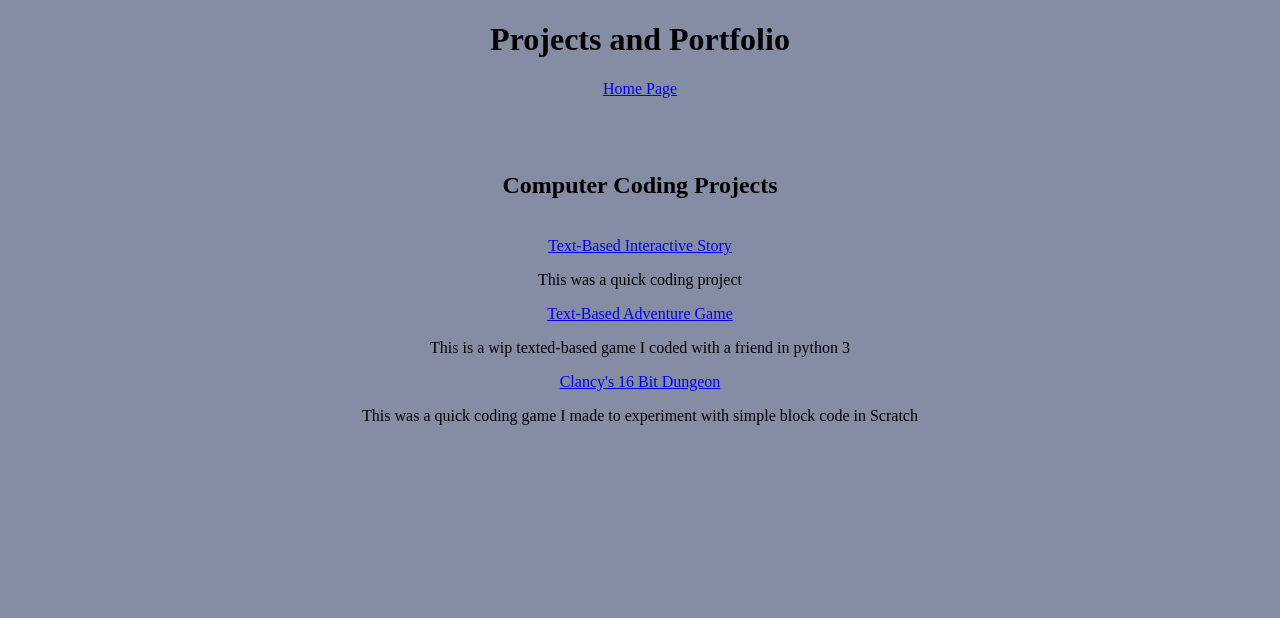
Repository: MaiJun21/MaiJun21.github.io
Page: coding.html
The author's editor kept a record of every edit. The page is drawn from the files as they stood at one moment, then again after the next edit.
The browser window is 1280 px wide. The pictures show the whole page.

Above is the page before.

After the next edit:
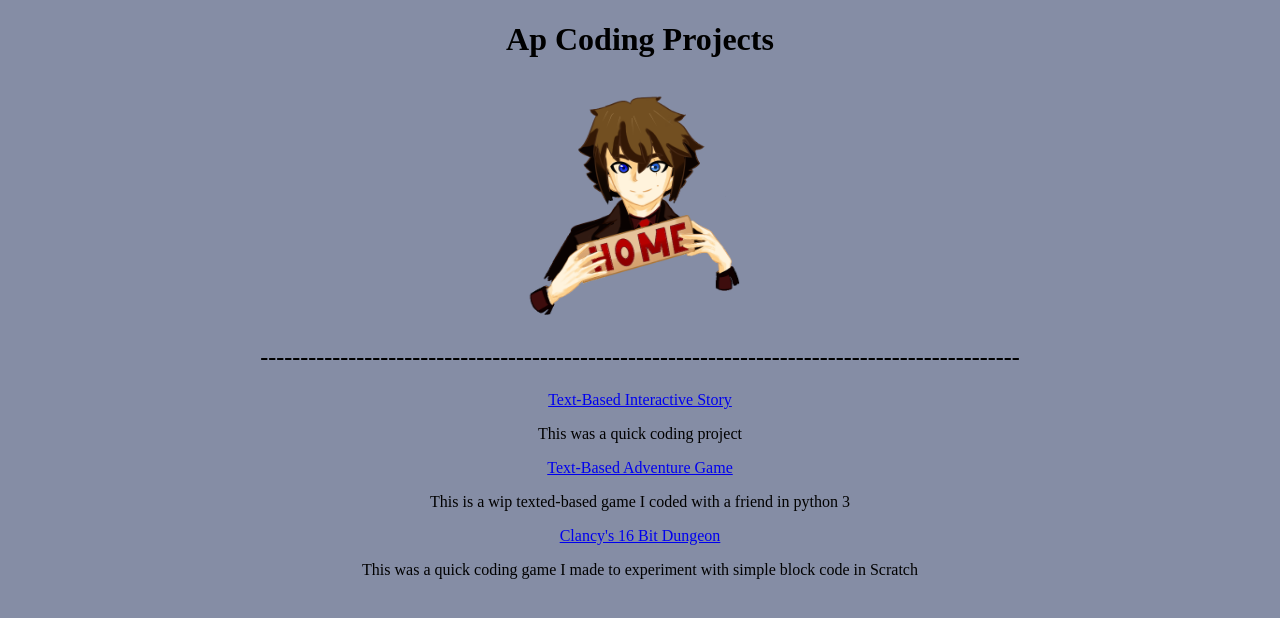
The edit:
--- a/coding.html
+++ b/coding.html
@@ -11,14 +11,9 @@
 <center>
 <body>
 
-<h1 style="text-align:center;">Projects and Portfolio</h1>
-<a href="index.html">Home Page</a>
-<br>
-<br>
-<br>
-<br>
-<h2 style="text-align:center;">Computer Coding Projects</h2>
-<br>
+<h1 style="text-align:center;">Ap Coding Projects</h1>
+<a href="index.html"> <img src="icons/ladon_home.png" width="260" height="240" alt="Home Page"></a>
+<h2>-----------------------------------------------------------------------------------------------</h2>
 <a href="https://Interactive-Fiction-Coding-Assignment.mai41.repl.run" target="_blank">Text-Based Interactive Story</a>
 <p>This was a quick coding project</p>
 <a href="https://Interactive-Story.mai41.repl.run" target="_blank">Text-Based Adventure Game</a>
